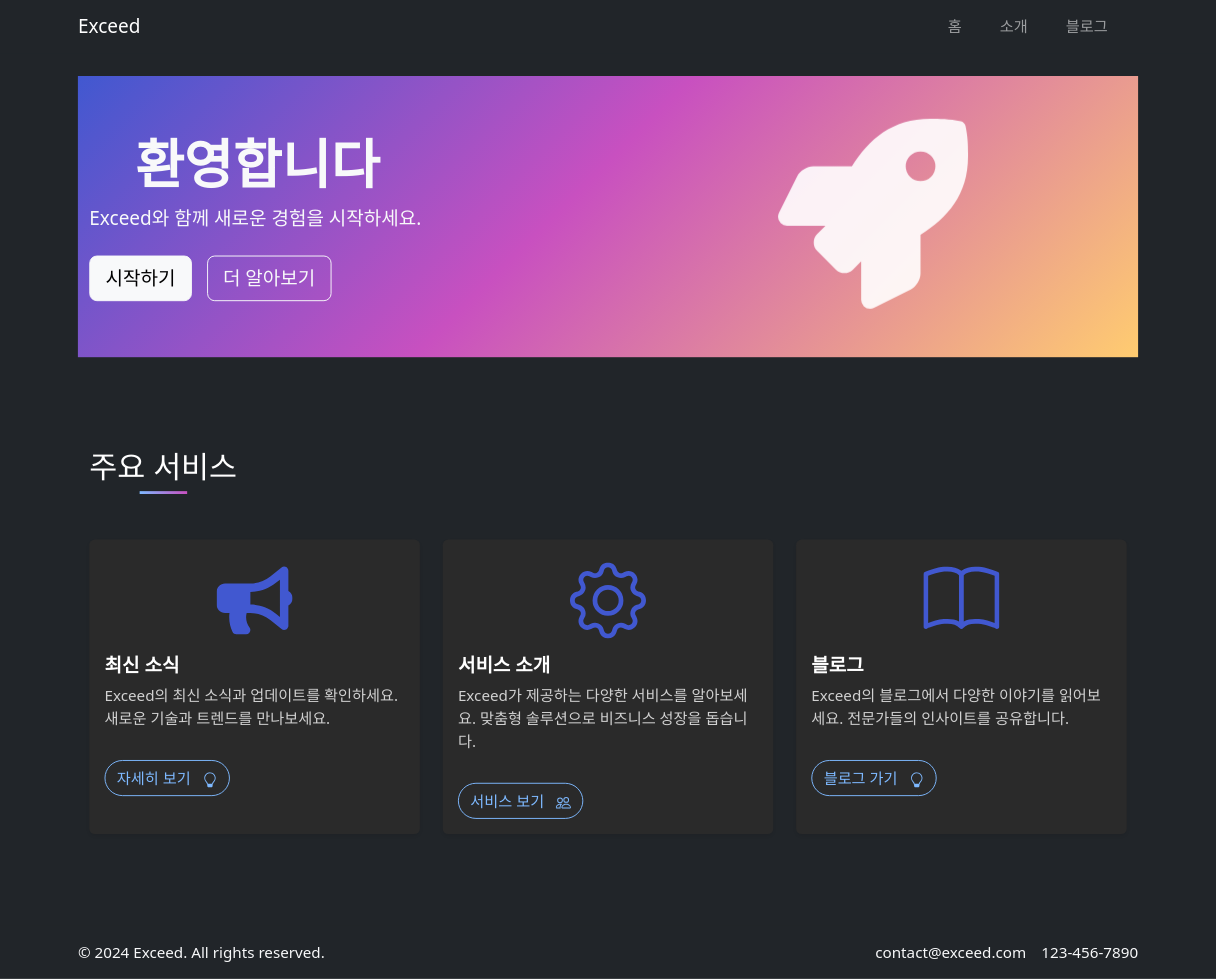
Repository: somej-123/exceed
Page: /
An editor plug-in stored every save of this project. The page is shown before and after the next save, followed by the edit.
The browser window is 1280 px wide. The pictures show the whole page, at 95% of full size.
The project was rebuilt for these pictures with package versions that can differ from the ones it lists, and the page was loaded fresh each time. Also part of the build but not shown: vite.config.ts, src/pages/Info.tsx, src/pages/Blog.tsx.

Above is the page before, as saved 2025-03-23 20:03:29.

After the next save:
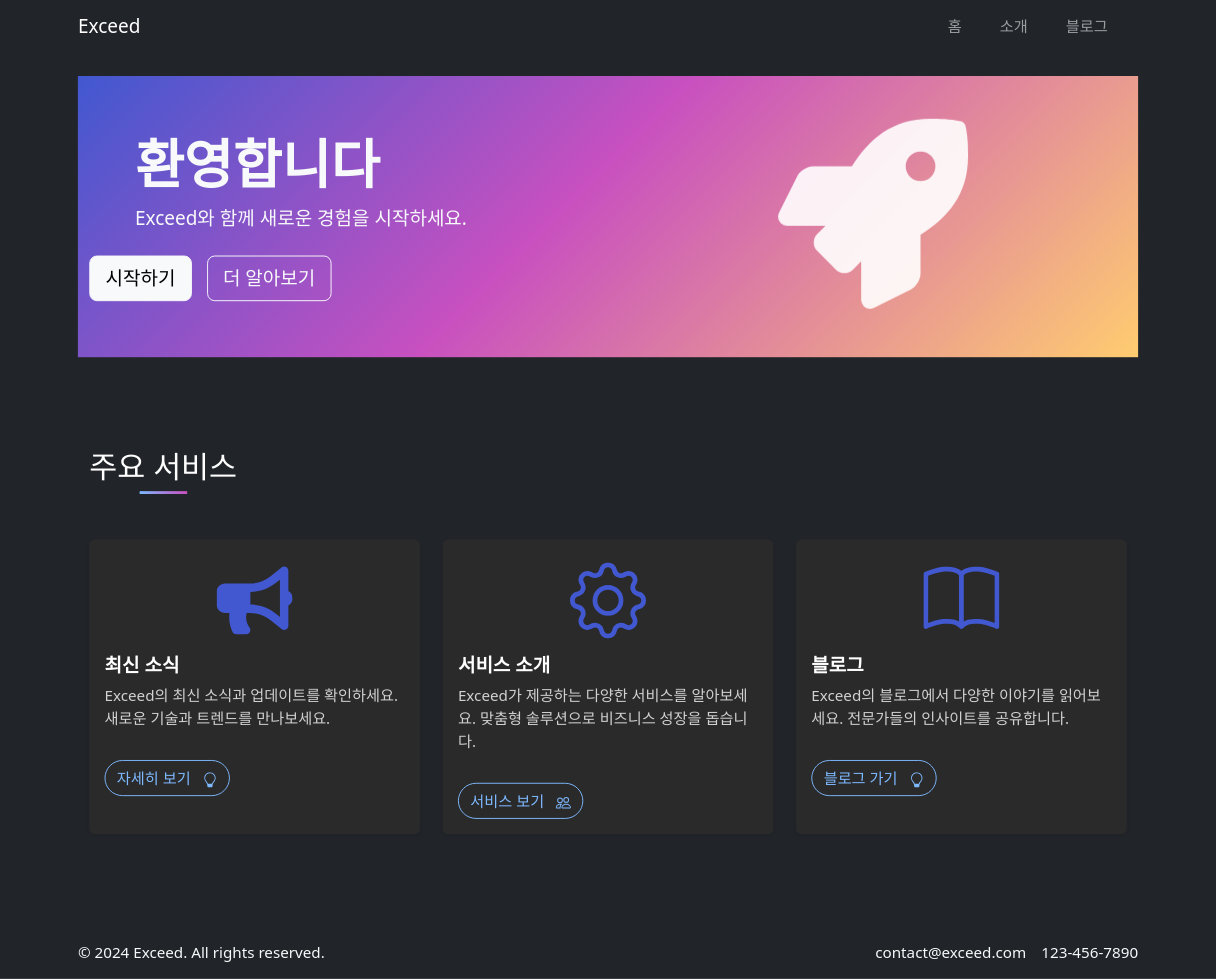
Saved 5 s later.
--- a/src/pages/Home.tsx
+++ b/src/pages/Home.tsx
@@ -12,7 +12,7 @@ const Home = () => {
           <Row className="align-items-center">
             <Col md={6} className="mb-md-0">
               <h1 className="display-4 fw-bold ms-md-5">환영합니다</h1>
-              <p className="lead mb-4">Exceed와 함께 새로운 경험을 시작하세요.</p>
+              <p className="lead mb-4 ms-md-5">Exceed와 함께 새로운 경험을 시작하세요.</p>
               <Button variant="light" size="lg" className="me-3">시작하기</Button>
               <Button variant="outline-light" size="lg">더 알아보기</Button>
             </Col>
